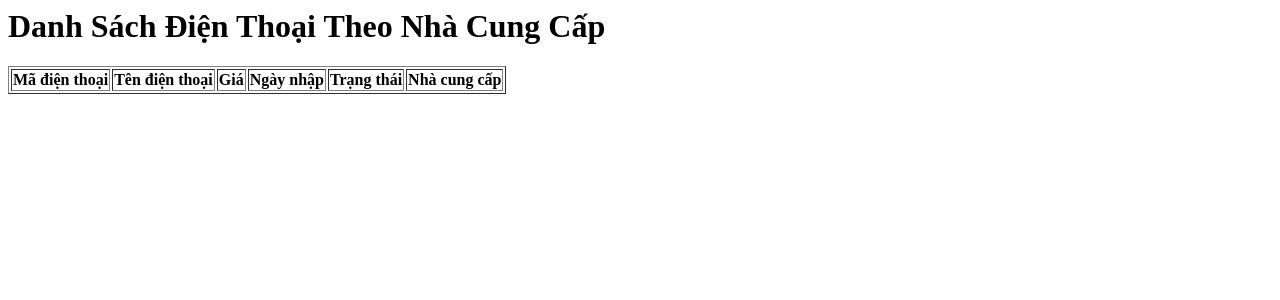
Repository: ducvu2414/WWW_OnGK
Page: http://localhost/Bai1/DanhSachDienThoaiNCC
These files come from the project's save history. The page is drawn as it stood at one moment and after the next save; the edit follows.
The browser window is 1280 px wide. The pictures show the whole page.
The page is served by Tomcat 10. Other server files are loaded and not shown. Queries for data that is not in the repository find no rows.

Above is the page before, as saved 2024-10-05 05:23:46.

### Bai1/src/main/webapp/DanhSachDienThoaiNCC.jsp
<%@ page contentType="text/html;charset=UTF-8" language="java"%>
<%@ page import="java.util.List"%>
<%@ page import="java.util.Map"%>
<%@ page import="entities.NhaCungCap"%>
<%@ page import="entities.DienThoai"%>

<html>
<head>
<title>Danh Sách Điện Thoại Nhà Cung Cấp</title>
</head>
<body>
	<h1>Danh Sách Điện Thoại Theo Nhà Cung Cấp</h1>


		<table border="1">
			<thead>
				<tr>
				<th>Mã điện thoại</th>
				<th>Tên điện thoại</th>
				<th>Giá</th>
				<th>Ngày nhập</th>
				<th>Trạng thái</th>
				<th>Nhà cung cấp</th>
			</thead>
		</table>
</body>
</html>

### Bai1/src/main/java/controller/DanhSachDienThoaiNCCServlet.java
package controller;

import jakarta.annotation.Resource;
import jakarta.servlet.ServletConfig;
import jakarta.servlet.ServletException;
import jakarta.servlet.annotation.WebServlet;
import jakarta.servlet.http.HttpServlet;
import jakarta.servlet.http.HttpServletRequest;
import jakarta.servlet.http.HttpServletResponse;
import java.io.IOException;
import java.util.List;
import java.util.Map;

import javax.sql.DataSource;

import dao.DienThoaiDAO;
import dao.NhaCungCapDAO;
import daoImpl.DienThoaiDAOImpl;
import daoImpl.NhaCungCapDAOImpl;
import entities.DienThoai;
import entities.NhaCungCap;

/**
 * Servlet implementation class DanhSachDienThoaiNCCServlet
 */
public class DanhSachDienThoaiNCCServlet extends HttpServlet {
	private static final long serialVersionUID = 1L;

	@Resource(name = "jdbc/quanlydienthoai")
	private DataSource dataSource;
	private DienThoaiDAO dienThoaiDAO;
	private NhaCungCapDAO nhaCungCapDAO;

	/**
	 * @see HttpServlet#HttpServlet()
	 */
	public DanhSachDienThoaiNCCServlet() {
		super();
		// TODO Auto-generated constructor stub
	}

	@Override
	public void init(ServletConfig config) throws ServletException {
		// TODO Auto-generated method stub
		super.init(config);
		dienThoaiDAO = new DienThoaiDAOImpl(this.dataSource);
		nhaCungCapDAO = new NhaCungCapDAOImpl(this.dataSource);
	}

	/**
	 * @see HttpServlet#doGet(HttpServletRequest request, HttpServletResponse
	 *      response)
	 */
	protected void doGet(HttpServletRequest request, HttpServletResponse response)
			throws ServletException, IOException {
		DienThoaiDAO dienThoaiDAO = new DienThoaiDAOImpl(dataSource);
		List<DienThoai> nhaCungCapDienThoais = dienThoaiDAO.getTatCaDienThoaiNhomTheoNhaCungCap();

		nhaCungCapDienThoais.forEach(dt -> {
			System.out.println(dt.getNhaCungCap().getTenNhaCC());
		});
		request.setAttribute("nhaCungCapDienThoais", nhaCungCapDienThoais);

		request.getRequestDispatcher("/DanhSachDienThoaiNCC.jsp").forward(request, response);
	}

	/**
	 * @see HttpServlet#doPost(HttpServletRequest request, HttpServletResponse
	 *      response)
	 */
	protected void doPost(HttpServletRequest request, HttpServletResponse response)
			throws ServletException, IOException {
		// TODO Auto-generated method stub
		doGet(request, response);
	}

}

### Bai1/src/main/java/daoImpl/DienThoaiDAOImpl.java
package daoImpl;

import java.sql.Connection;
import java.sql.PreparedStatement;
import java.sql.ResultSet;
import java.util.ArrayList;
import java.util.HashMap;
import java.util.List;
import java.util.Map;
import java.util.Optional;

import javax.sql.DataSource;

import dao.DienThoaiDAO;
import dao.NhaCungCapDAO;
import entities.DienThoai;
import entities.NhaCungCap;

public class DienThoaiDAOImpl implements DienThoaiDAO {
	private DataSource dataSource;
	private NhaCungCapDAO nhaCungCapDAO;

	public DienThoaiDAOImpl(DataSource dataSource) {
		super();
		this.dataSource = dataSource;
		nhaCungCapDAO = new NhaCungCapDAOImpl(this.dataSource);
	}

	@Override
	public boolean addDienThoai(DienThoai dt) {
		String sql = "INSERT INTO DIENTHOAI (TENDT, NAMSANXUAT, CAUHINH, MANCC, HINHANH) VALUES (?, ?, ?, ?, ?)";
		try (Connection con = this.dataSource.getConnection(); PreparedStatement ps = con.prepareStatement(sql)) {
			ps.setString(1, dt.getTenDT());
			ps.setInt(2, dt.getNamSanXuat());
			ps.setString(3, dt.getCauHinh());
			ps.setInt(4, dt.getNhaCungCap().getId());
			ps.setString(5, dt.getHinhAnh());

			int rowsInserted = ps.executeUpdate();
			return rowsInserted > 0;
		} catch (Exception e) {
			e.printStackTrace();
			return false;
		}
	}

	@Override
	public boolean updateDienThoai(DienThoai dt) {
		String sql = "UPDATE DIENTHOAI SET TENDT=?, NAMSANXUAT=?, CAUHINH=?, MANCC=?, HINHANH=? WHERE MADT=?";
		try (Connection con = this.dataSource.getConnection(); PreparedStatement ps = con.prepareStatement(sql)) {
			ps.setString(1, dt.getTenDT());
			ps.setInt(2, dt.getNamSanXuat());
			ps.setString(3, dt.getCauHinh());
			ps.setInt(4, dt.getNhaCungCap().getId());
			ps.setString(5, dt.getHinhAnh());
			ps.setLong(6, dt.getId());

			int rowsUpdated = ps.executeUpdate();
			return rowsUpdated > 0;
		} catch (Exception e) {
			e.printStackTrace();
			return false;
		}
	}

	@Override
	public boolean deleteDienThoai(long maDienThoai) {
		String sql = "DELETE FROM DIENTHOAI WHERE MADT=?";
		try (Connection con = this.dataSource.getConnection(); PreparedStatement ps = con.prepareStatement(sql)) {
			ps.setLong(1, maDienThoai);

			int rowsDeleted = ps.executeUpdate();
			return rowsDeleted > 0;
		} catch (Exception e) {
			e.printStackTrace();
			return false;
		}
	}

	@Override
	public Optional<DienThoai> getDienThoai(long maDienThoai) {
		String sql = "SELECT * FROM DIENTHOAI WHERE MADT=?";
		try (Connection con = this.dataSource.getConnection(); PreparedStatement ps = con.prepareStatement(sql)) {
			ps.setLong(1, maDienThoai);
			try (ResultSet rs = ps.executeQuery()) {
				if (rs.next()) {
					DienThoai dienThoai = new DienThoai();
					dienThoai.setId(rs.getLong("MADT"));
					dienThoai.setTenDT(rs.getString("TENDT"));
					dienThoai.setNamSanXuat(rs.getInt("NAMSANXUAT"));
					dienThoai.setCauHinh(rs.getString("CAUHINH"));

					int maNCC = rs.getInt("MANCC");
					NhaCungCap nhaCungCap = nhaCungCapDAO.getNhaCungCap(maNCC).get();
					dienThoai.setNhaCungCap(nhaCungCap);
					dienThoai.setHinhAnh(rs.getString("HINHANH"));
					return Optional.of(dienThoai);
				}
			}
		} catch (Exception e) {
			e.printStackTrace();
		}
		return Optional.empty();
	}

	@Override
	public List<DienThoai> getAllDienThoai() {
		String sql = "SELECT * FROM DIENTHOAI";
		List<DienThoai> dienThoais = new ArrayList<>();
		try (Connection con = this.dataSource.getConnection();
				PreparedStatement ps = con.prepareStatement(sql);
				ResultSet rs = ps.executeQuery()) {
			while (rs.next()) {
				DienThoai dienThoai = new DienThoai();
				dienThoai.setId(rs.getLong("MADT"));
				dienThoai.setTenDT(rs.getString("TENDT"));
				dienThoai.setNamSanXuat(rs.getInt("NAMSANXUAT"));
				dienThoai.setCauHinh(rs.getString("CAUHINH"));
				int maNCC = rs.getInt("MANCC");
				NhaCungCap nhaCungCap = nhaCungCapDAO.getNhaCungCap(maNCC).get();
				dienThoai.setNhaCungCap(nhaCungCap);
				dienThoai.setHinhAnh(rs.getString("HINHANH"));
				dienThoais.add(dienThoai);
			}
		} catch (Exception e) {
			e.printStackTrace();
		}
		return dienThoais;
	}

	@Override
	public List<DienThoai> getDienThoaiByMaNhaCungCap(int maNhaCungCap) {
		String sql = "SELECT * FROM DIENTHOAI WHERE MANCC=?  GROUP BY MANCC;" + "";
		List<DienThoai> dienThoais = new ArrayList<>();
		try (Connection con = this.dataSource.getConnection(); PreparedStatement ps = con.prepareStatement(sql)) {
			ps.setInt(1, maNhaCungCap);
			try (ResultSet rs = ps.executeQuery()) {
				while (rs.next()) {
					DienThoai dienThoai = new DienThoai();
					dienThoai.setId(rs.getLong("MADT"));
					dienThoai.setTenDT(rs.getString("TENDT"));
					dienThoai.setNamSanXuat(rs.getInt("NAMSANXUAT"));
					dienThoai.setCauHinh(rs.getString("CAUHINH"));
					int maNCC = rs.getInt("MANCC");
					NhaCungCap nhaCungCap = nhaCungCapDAO.getNhaCungCap(maNCC).get();
					dienThoai.setNhaCungCap(nhaCungCap);
					dienThoai.setHinhAnh(rs.getString("HINHANH"));
					dienThoais.add(dienThoai);
				}
			}
		} catch (Exception e) {
			e.printStackTrace();
		}
		return dienThoais;
	}

	@Override
	public List<DienThoai> getTatCaDienThoaiNhomTheoNhaCungCap() {
		String sql = "SELECT * FROM DIENTHOAI GROUP BY MANCC Order By MANCC";
		List<DienThoai> dienThoais = new ArrayList<>();
		try (Connection con = this.dataSource.getConnection();
				PreparedStatement ps = con.prepareStatement(sql);
				ResultSet rs = ps.executeQuery()) {
			while (rs.next()) {
				DienThoai dienThoai = new DienThoai();
				dienThoai.setId(rs.getLong("MADT"));
				dienThoai.setTenDT(rs.getString("TENDT"));
				dienThoai.setNamSanXuat(rs.getInt("NAMSANXUAT"));
				dienThoai.setCauHinh(rs.getString("CAUHINH"));
				int maNCC = rs.getInt("MANCC");
				NhaCungCap nhaCungCap = nhaCungCapDAO.getNhaCungCap(maNCC).get();
				dienThoai.setNhaCungCap(nhaCungCap);
				dienThoai.setHinhAnh(rs.getString("HINHANH"));
				dienThoais.add(dienThoai);
			}

		} catch (Exception e) {
			// TODO: handle exception
			e.printStackTrace();
		}
		return dienThoais;
	}

}

### Bai1/src/main/java/daoImpl/NhaCungCapDAOImpl.java
package daoImpl;

import java.sql.Connection;
import java.sql.PreparedStatement;
import java.sql.ResultSet;
import java.util.ArrayList;
import java.util.List;
import java.util.Optional;

import javax.sql.DataSource;

import dao.NhaCungCapDAO;
import entities.NhaCungCap;

public class NhaCungCapDAOImpl implements NhaCungCapDAO {

	private DataSource dataSource;

	public NhaCungCapDAOImpl(DataSource dataSource) {
		super();
		this.dataSource = dataSource;
	}

	@Override
	public List<NhaCungCap> getAllNhaCungCap() {

		// TODO Auto-generated method stub
		String sql = "Select * from NhaCungCap";
		List<NhaCungCap> nhaCungCaps = new ArrayList<NhaCungCap>();
		try (Connection con = this.dataSource.getConnection();
				PreparedStatement ps = (PreparedStatement) con.prepareStatement(sql);
				ResultSet rs = ps.executeQuery();) {
			while (rs.next()) {
				NhaCungCap nhaCungCap = new NhaCungCap();

				int maNhaCungCap = rs.getInt("MANCC");
				String tenNhaCungCap = rs.getString("TENNHACC");
				String diaChi = rs.getString("DIACHI");
				String soDienThoai = rs.getString("SODIENTHOAI");
				nhaCungCap.setDiaChi(diaChi);
				nhaCungCap.setId(maNhaCungCap);
				nhaCungCap.setSoDienThoai(soDienThoai);
				nhaCungCap.setTenNhaCC(tenNhaCungCap);
				nhaCungCaps.add(nhaCungCap);
			}
		} catch (Exception e) {
			// TODO: handle exception
			e.printStackTrace();
		}
		return nhaCungCaps;
	}

	@Override
	public Optional<NhaCungCap> getNhaCungCap(int maNhaCungCap) {
		// TODO Auto-generated method stub
		String sql = "Select * from NhaCungCap where MANCC=?";

		try (Connection con = this.dataSource.getConnection();
				PreparedStatement ps = (PreparedStatement) con.prepareStatement(sql);) {
			ps.setInt(1, maNhaCungCap);
			try (ResultSet rs = ps.executeQuery();) {
				if (rs.next()) {
					NhaCungCap nhaCungCap = new NhaCungCap();
					String tenNhaCungCap = rs.getString("TENNHACC");
					String diaChi = rs.getString("DIACHI");
					String soDienThoai = rs.getString("SODIENTHOAI");
					nhaCungCap.setDiaChi(diaChi);
					nhaCungCap.setId(maNhaCungCap);
					nhaCungCap.setSoDienThoai(soDienThoai);
					nhaCungCap.setTenNhaCC(tenNhaCungCap);
					return Optional.of(nhaCungCap);
				}
			}
		} catch (Exception e) {
			// TODO: handle exception
			e.printStackTrace();
		}
		return Optional.empty();
	}

	@Override
	public boolean addNhaCungCap(NhaCungCap nhaCungCap) {
		String sql = "INSERT INTO NhaCungCap (MANCC,TENNHACC, DIACHI, SODIENTHOAI) VALUES (?,?, ?, ?)";
		try (Connection con = this.dataSource.getConnection(); PreparedStatement ps = con.prepareStatement(sql)) {
			ps.setInt(1, nhaCungCap.getId());
			ps.setString(2, nhaCungCap.getTenNhaCC());
			ps.setString(3, nhaCungCap.getDiaChi());
			ps.setString(4, nhaCungCap.getSoDienThoai());

			int rowsInserted = ps.executeUpdate();
			return rowsInserted > 0;
		} catch (Exception e) {
			e.printStackTrace();
			return false;
		}
	}

	@Override
	public boolean updateNhaCungCap(NhaCungCap nhaCungCap) {
		String sql = "UPDATE NhaCungCap SET TENNHACC=?, DIACHI=?, SODIENTHOAI=? WHERE MANCC=?";
		try (Connection con = this.dataSource.getConnection(); PreparedStatement ps = con.prepareStatement(sql)) {

			ps.setString(1, nhaCungCap.getTenNhaCC());
			ps.setString(2, nhaCungCap.getDiaChi());
			ps.setString(3, nhaCungCap.getSoDienThoai());
			ps.setInt(4, nhaCungCap.getId());

			int rowsUpdated = ps.executeUpdate();
			return rowsUpdated > 0;
		} catch (Exception e) {
			e.printStackTrace();
			return false;
		}
	}

	@Override
	public boolean deleteNhaCungCap(int maNhaCungCap) {
		String sql = "DELETE FROM NhaCungCap WHERE MANCC=?";
		try (Connection con = this.dataSource.getConnection(); PreparedStatement ps = con.prepareStatement(sql)) {

			ps.setLong(1, maNhaCungCap);

			int rowsDeleted = ps.executeUpdate();
			return rowsDeleted > 0;
		} catch (Exception e) {
			e.printStackTrace();
			return false;
		}
	}

	@Override
	public List<NhaCungCap> getNhaCungCap(String searchTerm) {
		String sql = "SELECT * FROM NhaCungCap WHERE MANCC = ? OR TENNHACC LIKE ? OR DIACHI LIKE ? OR SODIENTHOAI LIKE ?";
		List<NhaCungCap> nhaCungCaps = new ArrayList<>();

		try (Connection con = this.dataSource.getConnection(); PreparedStatement ps = con.prepareStatement(sql)) {

			if (searchTerm.matches("\\d+")) {
				ps.setInt(1, Integer.parseInt(searchTerm));
			} else {
				ps.setNull(1, java.sql.Types.INTEGER);
			}

			String likePattern = "%" + searchTerm + "%";
			ps.setString(2, likePattern);
			ps.setString(3, likePattern);
			ps.setString(4, likePattern);

			try (ResultSet rs = ps.executeQuery()) {
				while (rs.next()) {
					NhaCungCap nhaCungCap = new NhaCungCap();
					nhaCungCap.setId(rs.getInt("MANCC"));
					nhaCungCap.setTenNhaCC(rs.getString("TENNHACC"));
					nhaCungCap.setDiaChi(rs.getString("DIACHI"));
					nhaCungCap.setSoDienThoai(rs.getString("SODIENTHOAI"));
					nhaCungCaps.add(nhaCungCap);
				}
			}
		} catch (Exception e) {
			e.printStackTrace();
		}
		return nhaCungCaps;
	}

}

After the next save:
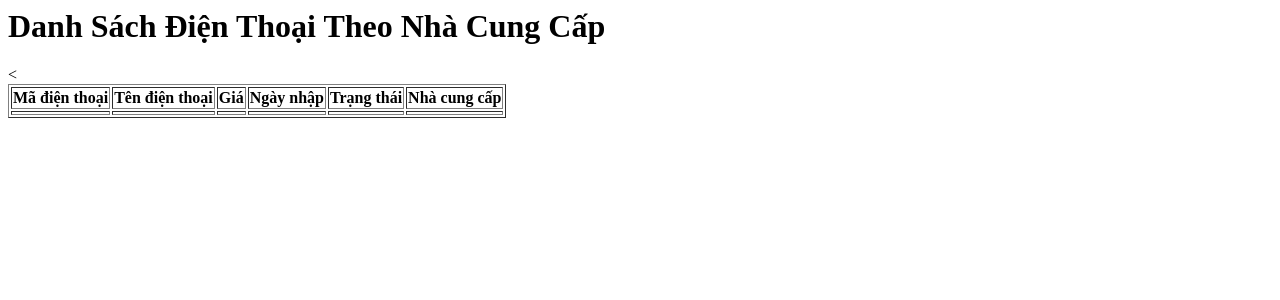
Saved 8 s later.
--- a/Bai1/src/main/webapp/DanhSachDienThoaiNCC.jsp
+++ b/Bai1/src/main/webapp/DanhSachDienThoaiNCC.jsp
@@ -22,6 +22,18 @@
 				<th>Trạng thái</th>
 				<th>Nhà cung cấp</th>
 			</thead>
-		</table>
+			<
+		<tbody>
+			<c:forEach var="dt" items="${listDienThoai}">
+				<tr>
+					<td>${dt.maDienThoai}</td>
+					<td>${dt.tenDienThoai}</td>
+					<td>${dt.gia}</td>
+					<td>${dt.ngayNhap}</td>
+					<td>${dt.trangThai}</td>
+					<td>${dt.nhaCungCap.tenNhaCungCap}</td>
+				</tr>
+			</c:forEach>
+	</table>
 </body>
 </html>
